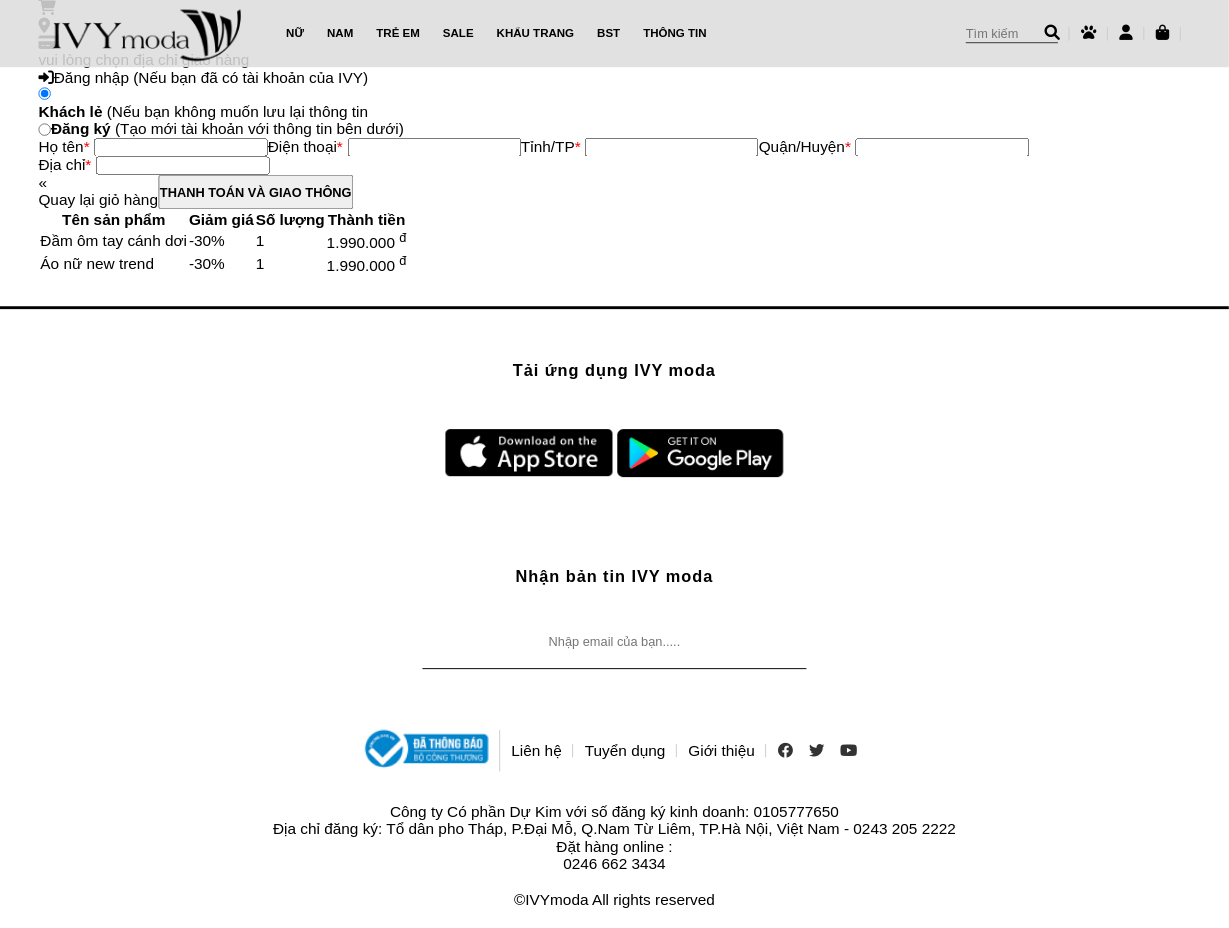
Repository: dinhvanbinh2310/ivy-moda
Page: delivery.html
An editor plug-in stored every save of this project. The page is shown before and after the next save, followed by the edit.
The browser window is 1280 px wide. The pictures show the whole page, at 96% of full size.

Above is the page before, as saved 2022-05-08 10:25:34.

### delivery.html
<!DOCTYPE html>
<html lang="en">
<head>
    <meta charset="UTF-8">
    <meta http-equiv="X-UA-Compatible" content="IE=edge">
    <meta name="viewport" content="width=device-width, initial-scale=1.0">
    <link rel="stylesheet" href="./fontawesome-free-6.1.1-web/css/all.css">
    <link rel="stylesheet" href="./css/style.css">
    <title>IVY moda</title>
</head>
<body>
<header>
    <div class="logo">
        <img src="./Images/logo.png" alt="logo" class="logo">
    </div>
    <div class="menu">
        <li><a href="">NỮ</a>
            <ul class="sub-menu">
                <li> <a href="">Hàng mới về</a>
                </li>
                <li> <a href="">Collection</a>
                </li>
                <li> <a href=""> Áo</a>
                    <ul>
                        <li> <a href="">Áo sơ mi</a>
                        </li>
                        <li> <a href="">Áo thun</a>
                        </li>
                        <li> <a href="">Áo khoác</a>
                        </li>
                        <li> <a href="">Áo len</a>
                        </li>
                    </ul>
                </li>
                <li> <a href="">Quần</a>
                    <ul>
                        <li> <a href="">Quần jean</a>
                        </li>
                        <li> <a href="">Quần lửng</a>
                        </li>
                        <li> <a href="">Quần dài</a>
                        </li>
                    </ul>
                </li>
            </ul>
        </li>
        <li><a href="">NAM</a>
        </li>
        <li><a href="">TRẺ EM</a>
        </li>
        <li><a href="">SALE</a>
        </li>
        <li><a href="">KHẨU TRANG</a>
        </li>
        <li><a href="">BST</a>
        </li>
        <li><a href="">THÔNG TIN</a>
        </li>
    </div>
    <div class="others">
        <li>
            <input placeholder="Tìm kiếm" type="text"> <i class="fa-solid fa-magnifying-glass"></i>
        </li>
        <li>
            <a class="fa-solid fa-paw" href=""></a>
        </li>
        <li>
            <a class="fa-solid fa-user" href=""></a>
        </li>
        <li>
            <a class="fa-solid fa-bag-shopping" href=""></a>
        </li>
    </div>
</header>
<!-----------------------------delivery----------------------------->
<section class="delivery">
    <div class="container">
        <div class="delivery-top-wrap">
            <div class="delivery-top">
              <div class="delivery-top-delivery delivery-top-item">
                <i class="fa-solid fa-cart-shopping "></i>
              </div>
              <div class="delivery-top-adress delivery-top-item">
                <i class="fa-solid fa-location-dot"></i>
              </div>
              <div class="delivery-top-payment delivery-top-item">
                <i class="fa-solid fa-credit-card "></i>
              </div>
            </div>
    </div>
    </div>
    <div class="container">
        <div class="delivery-content">
            <div class="delivery-content-left">
               <p>vui lòng chọn địa chỉ giao hàng </p>
            <div class="delivery-content-left-signin row">
                <i class="fa-solid fa-right-to-bracket"></i>
                <p>Đăng nhập (Nếu bạn đã có tài khoản của IVY)</p>
            </div>
            <div class="delivery-content-left-strange-customers">
                <input checked name="loaikhach" type="radio">
                <p>  <span style="font-weight: bold;">  Khách lẻ</span> (Nếu bạn không muốn lưu lại thông tin</p>
            </div>
                <div class="delivery-content-left-signup row">
                    <input name="loaikhach" type="radio">
                    <p>  <span style="font-weight: bold;"> Đăng ký </span>(Tạo mới tài khoản với thông tin bên dưới)
                    </p>
                </div>
                <div class="delivery-content-left-input-top row">
                    <div class="delivery-content-left-input-top-item">
                        <label for="">Họ tên<span style="color: red;">*</span></label>
                        <input type="text">
                    </div>
                    <div class="delivery-content-left-input-top-item">
                        <label for="">Điện thoại<span style="color: red;">*</span></label>
                        <input type="text">
                    </div>
                    <div class="delivery-content-left-input-top-item">
                        <label for="">Tỉnh/TP<span style="color: red;">*</span></label>
                        <input type="text">
                    </div>
                    <div class="delivery-content-left-input-top-item">
                        <label for="">Quận/Huyện<span style="color: red;">*</span></label>
                        <input type="text">
                    </div>
                </div>
                <div class="delivery-content-left-input-input-bottom">
                    <label for="">Địa chỉ<span style="color: red;">*</span></label>
                    <input type="text">
                </div>
                <div class="delivery-content-left-button row">
                    <a href=""> <span>&#171;</span><p>Quay lại giỏ hàng</p></a>
                    <button><p style="font-weight: bold;">THANH TOÁN VÀ GIAO THÔNG</p> </button>
                </div>
            </div>
            <div class="delivery-content-right">
                <table>
                    <tr>
                    <th>Tên sản phẩm</th>
                    <th>Giảm giá</th>
                    <th>Số lượng</th>
                    <th>Thành tiền</th>
                   </tr>
                   <tr>
                       <td>Đầm ôm tay cánh dơi</td>
                       <td>-30%</td>
                       <td>1</td>
                       <td><p>1.990.000 <sup>đ</sup></p></td>
                   </tr>
                   <tr>
                    <td>Áo nữ new trend</td>
                    <td>-30%</td>
                    <td>1</td>
                    <td><p>1.990.000 <sup>đ</sup></p></td>
                </tr>
                </table>
            </div>
        </div>
    </div>
</section>


<div class="dot-horizontal">
</div>
<!------------------------------Footer---------------------------------->
<section class="app-container">
  <p>Tải ứng dụng IVY moda</p>
  <div class="app-google">
      <img src="./Images/appstore.png" alt="">
      <img src="./Images/googleplay.png" alt="">
  </div>
  <p>Nhận bản tin IVY moda</p>
  <input type="text" placeholder="Nhập email của bạn.....">
</section>

<div class="footer-top">
  <li>
      <a href=""> <img src="./Images/img-congthuong.png" alt="">
      </a>
  </li>
  <li>Liên hệ</li>
  <li>Tuyển dụng</li>
  <li>Giới thiệu</li>
  <li>
      <a href="" class="fa-brands fa-facebook"></a>
      <a href="" class="fa-brands fa-twitter"></a>
      <a href="" class="fa-brands fa-youtube"></a>
  </li>
</div>
<div class="footer-center">

  <p>
      Công ty Có phần Dự Kim với số đăng ký kinh doanh: 0105777650
      <br> Địa chỉ đăng ký: Tổ dân pho Tháp, P.Đại Mỗ, Q.Nam Từ Liêm, TP.Hà Nội, Việt Nam - 0243 205 2222
      <br> Đặt hàng online :
      <br>0246 662 3434
      <br>
  </p>
</div>
<div class="footer-bottom">
  ©IVYmoda All rights reserved
</div>
</body>
  </html>

### css/style.css
*{
  margin: 0;
  padding: 0;
  box-sizing: border-box;
  font-family: Arial, Helvetica, sans-serif;
}
li{
  list-style: none;
}
a{
  text-decoration: none;
  color: #000;
}
header{
  display: flex;
  justify-content: space-between;
  height: 70px;
  padding: 12px 50px;
  align-items: center;
  position: fixed;
  top: 0;
  left: 0;
  z-index: 1;
  background:#DDDDDDDD;
  width: 100%;
}

.logo{
  flex: 1;
  padding-top: 10px;
 size: 5px;
}
.menu{
  flex: 3;
  display: flex;
}
.menu > li{
  padding: 0 12px;
  position: relative;
}
.menu  li a{
  font-size: 12px;
  font-weight: bold;
  display: block;
  line-height: 20px;
}
.menu > li:hover .sub-menu{
  visibility: visible;
  top: 45px;
}
.sub-menu{
  position: absolute;
  width: 150px;
  border: 1px solid #ccc;
  padding: 10px 0 10px 20px;
  visibility: hidden;
  top: 75px;
  transition: 0.3s;
  z-index: 1;
  background-color: #fff;
}
.sub-menu ul{
  padding-left: 20px;
}
.sub-menu li a{
  font-size: 12px;
  font-weight: normal;
}

.others{
  flex: 1;
  display: flex;
}
.others > li{
  padding: 0 12px;
  position: relative;
}
.others>li::after{
  content: "";
  display: block;
  width: 1px;
  height: 75%;
  background: #cccccc;
  position: absolute;
  right: 0;
  top: 50%;
  transform: translateY(-50%);
}
.others > li:first-child{
  position: relative;

}
.others > li:first-child input{
  width: 100%;
  height: 100%;
  background: #0000;
  border: none;
  border-bottom:1px solid #333 ;
}
.others > li:first-child i{
position: absolute;
right: 10px;
}
.sliders{
  overflow: hidden;
}
.aspect-ratio-169 {
  display: block;
  position: relative;
  padding-top: 56.25%;
  transition: 0.3s;
}
.aspect-ratio-169 img {
  display: block;
  position: absolute;
  width: 100%;
  height: 100%;
  top: 0;
  left: 0;
}
.dot-container{
  position:absolute;
  height: 30px;
  width: 100%;
  display: flex;
  justify-content: center;
  padding-top: 10px;
}
.dot-horizontal{
  border-bottom: 3px solid black;
  padding-top: 30px;
 width: 100%;
 height: 100%;
 size: 100%;
}
.dot{
  height: 16px;
  width: 16px;
  background-color: #ccc;
  border-radius: 50%;
  margin-right: 12px;
  cursor: pointer;
}
.dot.active{
  background-color: #333;
}
/* -------------------------------app---------------------------- */
.app-container{
  text-align: center;
  align-items: center;
  padding: 15px 0 50px 0;
}
.app-google{
  margin:50px;
}
.app-google img{
  height: 50px;
  cursor: pointer;
}
.app-container p{
line-height: 20px;
letter-spacing: 1px;
font-size: 17px;
color:#000;
font-weight: bold;
padding-top: 40px;
}
.app-container input{
  margin-top: 50px;
  border: none;
  border-bottom: 1px solid #000;
  padding-bottom: 20px;
  width: 400px;
  text-align: center;
  outline: none;
}
.footer{
  text-align: center;
}
.footer-top{
  display: flex;
  text-align: center;
  justify-content: center;
  align-items: center;
  margin-bottom: 20px;
  height: 70px;
}
.footer-top img{
  height: 50px;
}
.footer-top li{
  padding: 0 12px;
  position: relative;
}
.footer-top li::after{
  content:"";
  display: block;
  width: 1px;
  height: 80%;
  background-color: #cccccc;
  position: absolute;
  right: 0;
  top: 50%;
  transform: translateY(-50%);
}
.footer-top li:last-child::after{
  display: none;
}
.footer-top li:last-child a{
margin-right: 12px;
color:#333;
}
.footer-center{
  text-align: center;
}
.footer-bottom{
  margin: 20px 0;
  text-align: center;
}
/* Cartegory */
.cartegory{
  padding: 100px 0 0;
}
.container{
  max-width: 1200px;
  margin: auto;
}
.row{
  display: flex;
  flex-wrap: wrap;
}
.cartegory-top{
  margin-bottom: 50px;
}
.cartegory-top p{
  font-family: Arial, Helvetica, sans-serif;
margin: 0 12px;
font-size: 12px;
}
.cartegory-left{
  width: 20%;
}
.cartegory-right{
  width: 80%;
}
.cartegory-right-top-item:first-child{
  flex: 2;
font-size: 16px;
font-family: Arial, Helvetica, sans-serif;
font-weight: bold;
}
.cartegory-right-top-item{
  flex: 1;
  padding: 0 12px;
}
.cartegory-right-top-item button{
  width: 100%;
  padding: 10px 15px;
  display: flex;
  justify-content: space-between;
  background-color: #ffff;
  border: 1px solid #dddd;
  cursor: pointer;
}
.cartegory-right-top-item select{
  width: 100%;
  padding: 10px 15px;
  display: flex;
  justify-content: space-between;
  background-color: #ffff;
  border: 1px solid #dddd;
  cursor: pointer;
}
.cartegory-right-content{
  margin-top: 20px;
  justify-content: space-between;
}
.cartegory-right-content-item{
  width: calc(25% - 12px);
  text-align: center;
  padding: 12px 0;
}
.cartegory-right-content-item h1{
  font-size: 11px;
font-family: Arial, Helvetica, sans-serif;
  margin-top: 6px;
  color: #333333;
}
.cartegory-right-content-item img{
  width: 100%;
}
.cartegory-right-content-item p{
  font-size: 12px;
}
.cartegory-right-bottom{
  justify-content: space-between;
  margin: 30px 0 20px;
  width: 100%;
}
.cartegory-right-bottom p{
  font-family: Arial, Helvetica, sans-serif;
font-size: 11px;
}
.cartegory-left ul li{
  padding: 12px 0;
}
.cartegory-left ul li >a{
  color: black;
  font-size: 16px;
  font-weight: bold;
  font-family: Arial, Helvetica, sans-serif;
}
.cartegory-left ul li ul li{
  padding-left: 10px;
}
.cartegory-left-li ul{
  display: none;
}
.cartegory-left-li.block ul{
  display: block;
}
.cartegory-left ul li ul li a{
  color: #333333;
}
/* -----------------Product------------------ */
.product{
  padding: 100px 0;

}
.product-top{
  margin-bottom: 30px;
}
.product-top p{
  font-family: Arial, Helvetica, sans-serif;
  margin: 0 12px;
  font-size: 12px;
}
.product-content-left{
  width: 50%;
}

.product-content-left-big-img{
  width: 80%;
  padding-right: 20px;
}
.product-content-left-big-img img{
  width: 100%;
}
.product-content-left-small-img{
  width: 20%;
}
.product-content-left-small-img img{
  width: 100%;
  cursor: pointer;
}
.product-content-right{
  width: 50%;
  padding-left: 20px;
}
.product-content-right-product-name{
  font-family: Arial, Helvetica, sans-serif;
font-size: 16px;
}
.product-content-right-product-name p{
  color: #cccc;
  font-size: 12px;
}
.product-content-right-product-price{
  margin: 12px 0;
  font-size: 20px;
  font-weight: bold;
  font-family: Arial, Helvetica, sans-serif;
}
.product-content-right-product-color img{
  width: 30px;
  height: 30px;
  border-radius: 50%;
}
.product-content-right-product-color-img{
  height: 40px;
  width: 40px;
  border: 1px soild #333;
  display: flex;
  align-items: center;
  justify-content: center;
  margin: 12px 0;
}
.size span{
  display: inline-block;
  padding: 3px 6px;
  border: 1px solid #dddddd;
  margin: 12px 10px 12px 0;
  font-size: 17px;
  cursor: pointer;
}
.quantity{
  display: flex;
  margin-bottom: 20px;
}
.quantity input{
  width: 35px;
  padding-left: 3px;
}
.product-content-right-product-button button{
  width: 150px;
  height: 40px;
  display: block;
  margin: 20px 0 12px;
  transition: all 0.3s ease;
}
.product-content-right-product-button button:first-child{
  display: flex;
  justify-content: space-evenly;
  align-items: center;
  background-color: #ffff;
  border: 2px solid black;
  cursor: pointer;
}
.product-content-right-product-button button:first-child:hover{
  background-color: black;
  color: #ffff;
}
.product-content-right-product-button button:last-child{
  color: #BF8A49;
  border: 2px solid #BF8A49;
  background-color: #ffff;
  cursor: pointer;
}
.product-content-right-product-icon {
display: flex;
}
.product-content-right-product-icon p{
  list-style: none;
  color: #000;
  font-weight: 200;
  font-size: 14px;
  font-family: Arial, Helvetica, sans-serif;
  margin-right: 6px;
}
.product-content-right-product-icon-item{
  display: flex;
  margin-right: 12px;
  justify-content: center;
  align-items: center;
}
.product-content-right-product-icon-item i{
  font-size: 12px;
  margin-right: 6px;
  display: flex;
}
.product-content-right-product-icon-item p {
margin-left: 6px;
}
.product-content-right-product-qr img{
  margin: 20px 0;
  width:60px;
  height:60px;
}
.product-content-right-bottom{
  padding-top: 40px;
  border-top: 1px solid #dddd;
  position: relative;

}
.product-content-right-bottom-top{
position: absolute;
width: 30px;
height: 30px;
border: 2px solid #dddd;
display: flex;
justify-content: center;
align-items: center;
background-color: #ffff;
left: 50%;
top: -15px;
border-radius: 50%;
transform: translateX(-50%);
cursor: pointer;
}
.product-content-right-bottom-content-title{
  border-bottom: 2px solid #dddd;
}
.product-content-right-bottom-content-title-item{
  padding: 6px;
  cursor: pointer;
  margin-right: 6px;
}
.product-content-right-bottom-content-title-item p{
  font-family: Arial, Helvetica, sans-serif;
  font-size: 14px;
}
.product-content-right-bottom-content{
  padding-top: 30px;
  color: #3e3e3f;
  font-size: 14px;
 }
 .product-content-right-bottom-content-detail{
   display: none;
 }
 .product-content-right-bottom-content-detail th{
   padding-right: 50px;
   text-align: left;
 }
 .product-content-right-bottom-content-preserve{
  display: none;
 }
.activeB{
  display: none;
}
/*---------------------product related----------------- */
.product-related{
  margin-bottom: 50px;
}
.product-related-title{
  margin: 20px 0;
}
.product-related-title p{
  font-family: Arial, Helvetica, sans-serif;
  font-size: 14px;
  font-weight: bold;
  color: #333;
}
.product-related-item{
  width: 20%;
  text-align: center;
  padding: 0 6px;
}
.product-related-item img{
  width: 100%;
}
.product-related-item h1{
  font-family: Arial, Helvetica, sans-serif;
  font-size: 12px;
  color: #333;
  margin-top: 6px;
}
.product-related-item p{
  font-size: 12px;
  text-decoration: line-through;
}
/*-----------------------------cart-----------------------------*/
.cart{
  padding: 100px 0;
}
.cart-top-wrap{
  display: flex;
  justify-content: center;
  align-items: center;
}
.cart-top{
  display: flex;
  height: 2px;
  width: 70%;
  background-color: #ddd;
  justify-content: space-between;
  align-items: center;
  margin: 50px 0 100px;
}
.cart-top-item{
  width: 40px;
  height: 40px;
  border-radius: 50%;
  border: 1px solid #dddd;
  display: flex;
  align-items: center;
  justify-content: center;
  background-color: #fff;
}
.cart-top-item i{
  color: #dddd;
}
.cart-top-cart {
  border: 1px solid #0DB7EA;
}
.cart-top-cart i{
  color: #0DB7EA;
}
.cart-content-left{
  flex: 2;
  padding-right: 12px;
}
.cart-content-left table{
  width: 100%;
  text-align: center;
}
.cart-content-left table th{
  padding-bottom: 30px;
  font-family: Arial, Helvetica, sans-serif;
  font-style: 12px;
  text-transform: uppercase;
  color: #333;
  border-collapse: collapse;
  border-bottom: 2px solid #dddd;
}
.cart-content-left table p{
  padding-bottom: 30px;
  font-family: Arial, Helvetica, sans-serif;
  color: #333;
}
.cart-content-left table input{
  width: 30px;
  margin-bottom: 30px;
}
.cart-content-left table span{
  display: block;
  margin-bottom: 30px;
  width: 20px;
  height: 20px;
  border: 1px solid #ddd;
  cursor: pointer;
}
.cart-content-left table td{
  padding: 20px 0;
  border-bottom: 2px solid #ddd;
}
.cart-content-left table td img{
  padding-bottom: 30px;
  font-family: Arial, Helvetica, sans-serif;
}
.cart-content-left td:first-child img{
  width: 130px;
}
.cart-content-left td:nth-child(2){
  max-width: 130px;
}
.cart-content-left td:nth-child(3) img{
  width: 30px;
}
.cart-content-right{
  flex: 1;
  padding-left: 12px;
  border-left: 2px solid #dddd;
}
.cart-content-right table{
  width: 100%;
}
.cart-content-right table th{
  padding-bottom: 35px;
  font-family: Arial, Helvetica, sans-serif;
  font-size: 12px;
  color: #333;
  border-collapse: collapse;
  border-bottom: 2px solid #dddd;
}
.cart-content-right table td{
  font-family: Arial, Helvetica, sans-serif;
  font-size: 12px;
  color: #333;
  padding: 6px 0;
}
.cart-content-right tr:nth(4) td{
  border-bottom: 2px solid #dddd;

}
.cart-content-right tr td:last-child{
  text-align: right;
}
.cart-content-right-text{
  margin: 20px 0;
  text-align: center;
}
.cart-content-right-text p{
  font-family: Arial, Helvetica, sans-serif;
  font-size: 12px;
  color: #333;
  padding-top: 20px;
}
.cart-content-right-button{
  text-align: center;
  align-items: center;
}
.cart-content-right-button button{
  padding: 0 18px;
  margin-top: 20px;
  height: 35px;
  cursor: pointer;;
}
.cart-content-right-button button:first-child{
  background-color: #fff;
  border: 1px solid black;
  margin-right: 20px;
}
.cart-content-right-button button:first-child:hover{
  background-color: #ddd;
}
.cart-content-right-button button:last-child{
  background-color: black;
  color: #fff;
  border: none;
  border: 1px solid black;
}
.cart-content-right-button button:last-child:hover{
  background-color: #dddd;
  color: black;
}
.cart-content-right-login{
  margin-top: 20px;
}
.cart-content-right-login p{
  font-family: Arial, Helvetica, sans-serif;
  font-size: 12px;
  color: #333;
  padding-top: 30px;
}

Loaded but not shown: fontawesome-free-6.1.1-web/css/all.css (library)

After the next save:
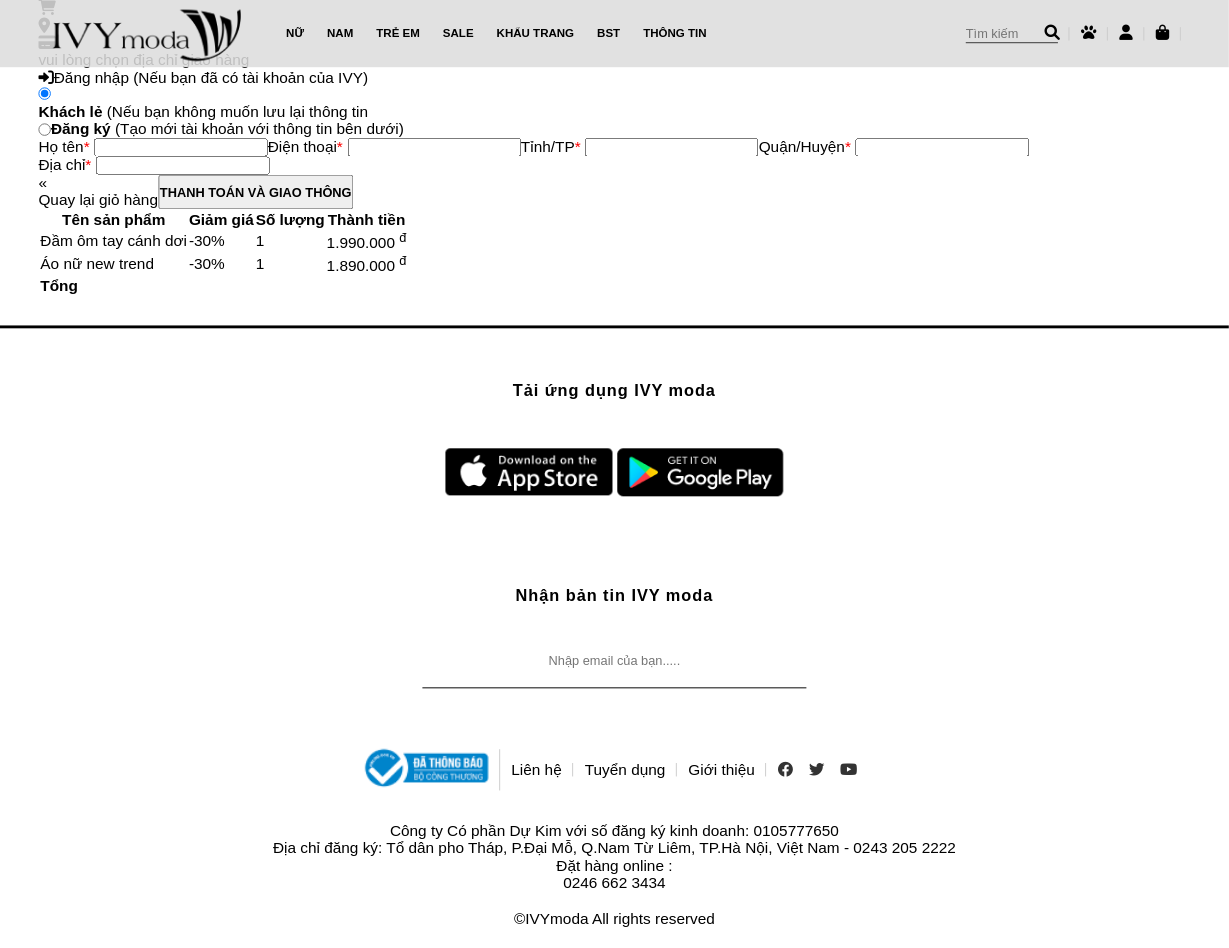
Saved 78 s later.
--- a/delivery.html
+++ b/delivery.html
@@ -151,7 +151,10 @@
                     <td>Áo nữ new trend</td>
                     <td>-30%</td>
                     <td>1</td>
-                    <td><p>1.990.000 <sup>đ</sup></p></td>
+                    <td><p>1.890.000 <sup>đ</sup></p></td>
+                </tr>
+                <tr>
+                    <td style="font-weight: bold;" colspan="3">Tổng</td>
                 </tr>
                 </table>
             </div>
